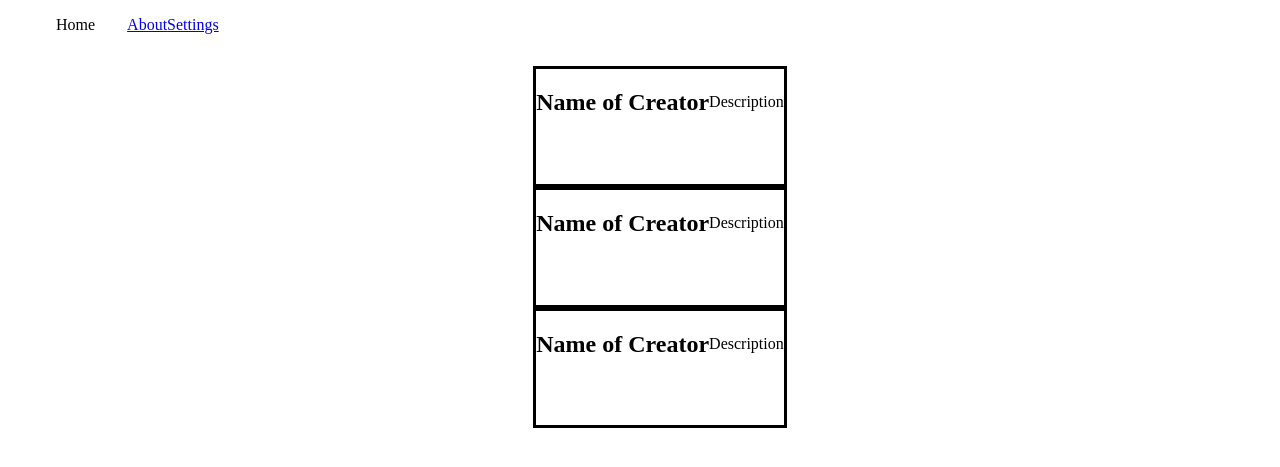
Repository: k8ANStar/Questify
Page: /About
These files come from the project's save history. The page is drawn as it stood at one moment and after a run of saves; the edit follows.
The browser window is 1280 px wide. The pictures show the whole page.
The project was rebuilt for these pictures with package versions that can differ from the ones it lists, and the page was loaded fresh each time. The framework's server and built-in components were replaced by stand-ins that run in the browser. Also part of the build but not shown: next.config.mjs.

Above is the page before, as saved 2024-03-24 21:49:23.

After the next 2 saves:
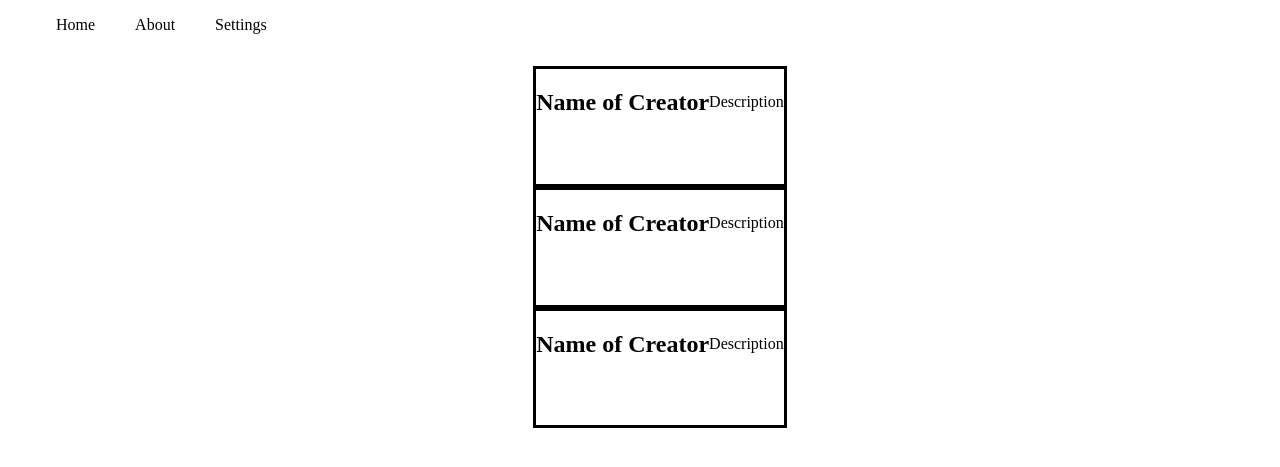
The 2 saves are shown as one change because they came seconds apart.
The last was saved 21 s later.
--- a/components/Header/Header.module.css
+++ b/components/Header/Header.module.css
@@ -1,12 +1,13 @@
 .nav {
 	display: flex;
-    list-style-type: none;
-    text-decoration: none;
-
+	list-style-type: none;
+	text-decoration: none;
 }
 
-.home, .about .settings {
-    text-decoration: none;
+.home,
+.about,
+.settings {
+	text-decoration: none;
 	color: var(--black);
 	margin-right: 2rem;
 	margin-left: 0.5rem;
